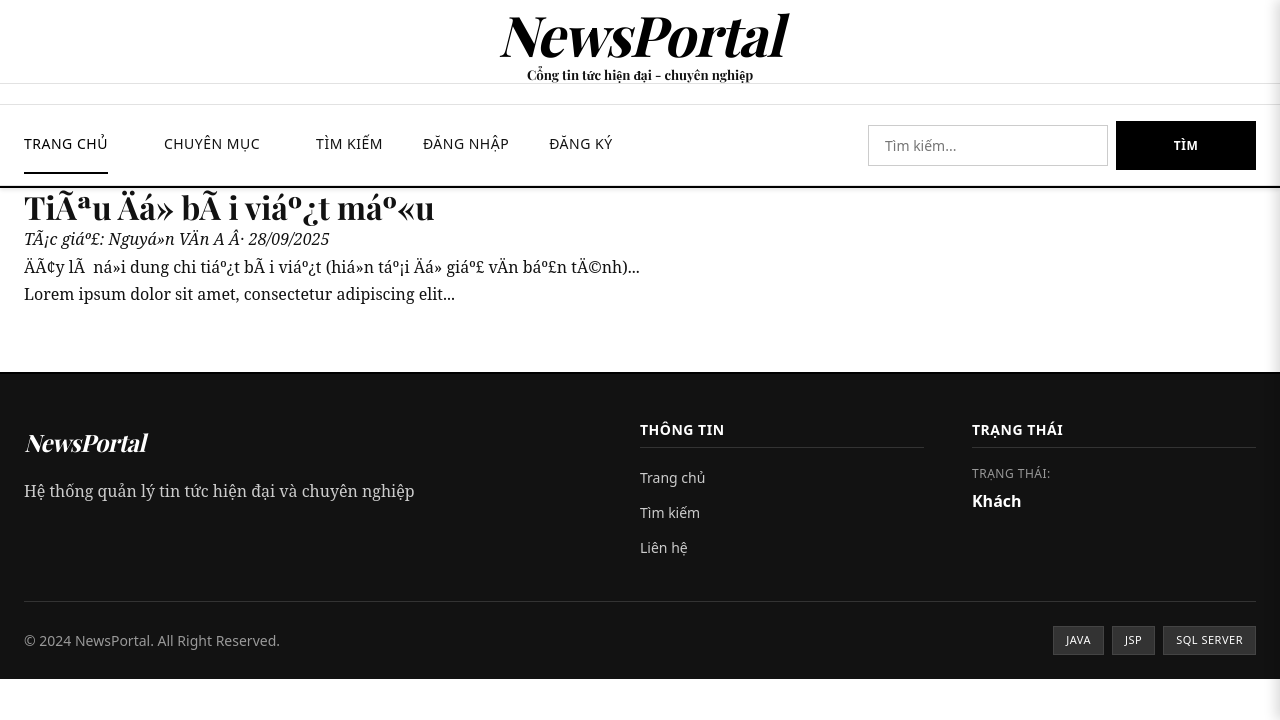
Repository: minhtvpy00202-git/Assignment_PY00202_MinhTV
Page: http://localhost/NewsPortal_PY00202/WEB-INF/views/news-detail.jsp
The author's editor kept a copy of each file at every save. The page is drawn from the files as they stood at one save, then again after the next save.
The browser window is 1280 px wide. The pictures show the whole page.
Some web fonts or font styles are not loaded; a fallback is used. The page is served by Tomcat 10. Nobody is signed in. Other server files are loaded and not shown. The template is opened directly, without the code that normally fills it, so the values that code supplies are empty.

Above is the page before, as saved 2025-09-28 00:40:22.

### Assignment_NewsPortal/NewsPortal_PY00202/src/main/webapp/WEB-INF/views/news-detail.jsp
<%@ include file="layout/header.jsp" %>
<main class="container">
  <h1>Tiêu đề bài viết mẫu</h1>
  <p><i>Tác giả: Nguyễn Văn A · 28/09/2025</i></p>
  <p>Đây là nội dung chi tiết bài viết (hiện tại để giả văn bản tĩnh)...</p>
  <p>Lorem ipsum dolor sit amet, consectetur adipiscing elit...</p>
</main>
<%@ include file="layout/footer.jsp" %>

### Assignment_NewsPortal/NewsPortal_PY00202/src/main/webapp/WEB-INF/views/layout/header.jsp
<%@ page contentType="text/html; charset=UTF-8" pageEncoding="UTF-8"%>
<%@ taglib prefix="c" uri="jakarta.tags.core"%>
<c:set var="ctx" value="${pageContext.request.contextPath}" />
<!DOCTYPE html>
<html lang="vi">
<head>
<link href="https://fonts.googleapis.com/css2?family=Playwrite+DE+Grund+Guides&display=swap" rel="stylesheet">
<link rel="preconnect" href="https://fonts.googleapis.com">
<link rel="preconnect" href="https://fonts.gstatic.com" crossorigin>
<link href="https://fonts.googleapis.com/css2?family=DM+Sans:ital,opsz,wght@0,9..40,100..1000;1,9..40,100..1000&display=swap" rel="stylesheet">
<meta charset="UTF-8">
<meta name="viewport" content="width=device-width, initial-scale=1.0">
<title><c:out value="${pageTitle != null ? pageTitle : 'NewsPortal'}" /></title>
<link rel="preconnect" href="https://fonts.googleapis.com">
<link rel="preconnect" href="https://fonts.gstatic.com" crossorigin>
<link href="https://fonts.googleapis.com/css2?family=Lora:ital,wght@0,400;0,500;0,600;0,700;1,400;1,500&display=swap" rel="stylesheet">
<link rel="stylesheet" href="${pageContext.request.contextPath}/assets/css/main.css">
</head>
<body>
	<!-- Header -->
	<header class="main-header">
		<!-- Logo Section (Desktop) -->
		<div class="logo-section">
			<div class="container">
				<h1 class="main-logo">
					<a href="${pageContext.request.contextPath}/home">NewsPortal</a>
					<h5>Cổng tin tức hiện đại - chuyên nghiệp</h5>
				</h1>
			</div>
		</div>

		<div class="container">
			<div class="header-content">
				<!-- Mobile Menu Button -->
				<button class="mobile-menu-btn" onclick="toggleMobileMenu()" aria-label="Menu">
					<span class="hamburger-line"></span>
					<span class="hamburger-line"></span>
					<span class="hamburger-line"></span>
				</button>

				<!-- Mobile Logo -->
				<div class="mobile-logo-section">
					<h1 class="mobile-logo">
						<a href="${pageContext.request.contextPath}/home">NewsPortal</a>
					</h1>
				</div>

				<!-- User Account Button (Mobile) -->
				<c:choose>
					<c:when test="${not empty sessionScope.user}">
						<c:choose>
							<c:when test="${sessionScope.user.role}">
								<a class="mobile-account-btn" href="${pageContext.request.contextPath}/admin/dashboard" aria-label="Admin Dashboard">
									<svg width="20" height="20" viewBox="0 0 24 24" fill="currentColor">
										<path d="M12 12c2.21 0 4-1.79 4-4s-1.79-4-4-4-4 1.79-4 4 1.79 4 4 4zm0 2c-2.67 0-8 1.34-8 4v2h16v-2c0-2.66-5.33-4-8-4z"/>
									</svg>
								</a>
							</c:when>
							<c:otherwise>
								<a class="mobile-account-btn" href="${pageContext.request.contextPath}/reporter/dashboard" aria-label="Reporter Dashboard">
									<svg width="20" height="20" viewBox="0 0 24 24" fill="currentColor">
										<path d="M12 12c2.21 0 4-1.79 4-4s-1.79-4-4-4-4 1.79-4 4 1.79 4 4 4zm0 2c-2.67 0-8 1.34-8 4v2h16v-2c0-2.66-5.33-4-8-4z"/>
									</svg>
								</a>
							</c:otherwise>
						</c:choose>
					</c:when>
					<c:when test="${not empty sessionScope.authUser}">
						<c:choose>
							<c:when test="${sessionScope.authUser.role}">
								<a class="mobile-account-btn" href="${pageContext.request.contextPath}/admin/dashboard" aria-label="Admin Dashboard">
									<svg width="20" height="20" viewBox="0 0 24 24" fill="currentColor">
										<path d="M12 12c2.21 0 4-1.79 4-4s-1.79-4-4-4-4 1.79-4 4 1.79 4 4 4zm0 2c-2.67 0-8 1.34-8 4v2h16v-2c0-2.66-5.33-4-8-4z"/>
									</svg>
								</a>
							</c:when>
							<c:otherwise>
								<a class="mobile-account-btn" href="${pageContext.request.contextPath}/reporter/dashboard" aria-label="Reporter Dashboard">
									<svg width="20" height="20" viewBox="0 0 24 24" fill="currentColor">
										<path d="M12 12c2.21 0 4-1.79 4-4s-1.79-4-4-4-4 1.79-4 4 1.79 4 4 4zm0 2c-2.67 0-8 1.34-8 4v2h16v-2c0-2.66-5.33-4-8-4z"/>
									</svg>
								</a>
							</c:otherwise>
						</c:choose>
					</c:when>
					<c:otherwise>
						<a class="mobile-account-btn" href="${pageContext.request.contextPath}/auth/login" aria-label="Login">
							<svg width="20" height="20" viewBox="0 0 24 24" fill="currentColor">
								<path d="M12 12c2.21 0 4-1.79 4-4s-1.79-4-4-4-4 1.79-4 4 1.79 4 4 4zm0 2c-2.67 0-8 1.34-8 4v2h16v-2c0-2.66-5.33-4-8-4z"/>
							</svg>
						</a>
					</c:otherwise>
				</c:choose>
			</div>
		</div>

		<!-- Desktop Navigation -->
		<nav class="desktop-nav">
			<div class="container">
				<div class="nav-links">
					<a class="nav-link" data-page="/home" href="${ctx}/home">Trang chủ</a>

					<div class="nav-item dropdown">
						<a class="nav-link" data-page="/category" href="#">Chuyên mục</a>
						<div class="dropdown-menu">
							<c:forEach var="cata" items="${categories}">
								<a class="dropdown-item" href="${ctx}/category?id=${cata.id}">${cata.name}</a>
							</c:forEach>
						</div>
					</div>

					<a class="nav-link" data-page="/search"   href="${ctx}/search">Tìm kiếm</a>

					<c:choose>
						<c:when test="${not empty sessionScope.user}">
							<c:choose>
								<c:when test="${sessionScope.user.role}">
									<a class="nav-link" href="${pageContext.request.contextPath}/admin/dashboard">Dashboard</a>
								</c:when>
								<c:otherwise>
									<a class="nav-link" href="${pageContext.request.contextPath}/reporter/dashboard">Dashboard</a>
								</c:otherwise>
							</c:choose>
							<a class="nav-link" href="${pageContext.request.contextPath}/auth/logout">Đăng xuất</a>
						</c:when>
						<c:when test="${not empty sessionScope.authUser}">
							<c:choose>
								<c:when test="${sessionScope.authUser.role}">
									<a class="nav-link" href="${pageContext.request.contextPath}/admin/dashboard">Dashboard</a>
								</c:when>
								<c:otherwise>
									<a class="nav-link" href="${pageContext.request.contextPath}/reporter/dashboard">Dashboard</a>
								</c:otherwise>
							</c:choose>
							<a class="nav-link" href="${pageContext.request.contextPath}/auth/logout">Đăng xuất</a>
						</c:when>
						<c:otherwise>
							<a class="nav-link" href="${pageContext.request.contextPath}/auth/login">Đăng nhập</a>
							<a class="nav-link" href="${pageContext.request.contextPath}/auth/register">Đăng ký</a>
						</c:otherwise>
					</c:choose>
				</div>

				<form class="search-form" action="${pageContext.request.contextPath}/search" method="get">
					<input class="form-control" name="q" type="search" value="<c:out value='${q}'/>" placeholder="Tìm kiếm...">
					<button class="btn btn-primary" type="submit">Tìm</button>
				</form>
			</div>
		</nav>
	</header>

	<!-- Mobile Menu Overlay -->
	<div class="mobile-menu-overlay" onclick="closeMobileMenu()"></div>

	<!-- Mobile Menu -->
	<nav class="mobile-menu">
		<div class="mobile-menu-header">
			<h2>Menu</h2>
			<button class="close-btn" onclick="closeMobileMenu()" aria-label="Close">×</button>
		</div>

		<div class="mobile-menu-content">
			<div class="mobile-nav-section">
				<a class="mobile-nav-link" href="${pageContext.request.contextPath}/home">Trang chủ</a>
				<a class="mobile-nav-link" href="${pageContext.request.contextPath}/search">Tìm kiếm</a>

				<div class="mobile-nav-group">
					<h3>Chuyên mục</h3>
					<c:forEach var="cata" items="${categories}">
						<a class="mobile-nav-sublink" href="${pageContext.request.contextPath}/category?id=${cata.id}">
							${cata.name}
						</a>
					</c:forEach>
				</div>
			</div>

			<div class="mobile-nav-section">
				<c:choose>
					<c:when test="${not empty sessionScope.user}">
						<c:choose>
							<c:when test="${sessionScope.user.role}">
								<a class="mobile-nav-link" href="${pageContext.request.contextPath}/admin/dashboard">Dashboard</a>
							</c:when>
							<c:otherwise>
								<a class="mobile-nav-link" href="${pageContext.request.contextPath}/reporter/dashboard">Dashboard</a>
							</c:otherwise>
						</c:choose>
						<a class="mobile-nav-link logout" href="${pageContext.request.contextPath}/auth/logout">Đăng xuất</a>
					</c:when>
					<c:when test="${not empty sessionScope.authUser}">
						<c:choose>
							<c:when test="${sessionScope.authUser.role}">
								<a class="mobile-nav-link" href="${pageContext.request.contextPath}/admin/dashboard">Dashboard</a>
							</c:when>
							<c:otherwise>
								<a class="mobile-nav-link" href="${pageContext.request.contextPath}/reporter/dashboard">Dashboard</a>
							</c:otherwise>
						</c:choose>
						<a class="mobile-nav-link logout" href="${pageContext.request.contextPath}/auth/logout">Đăng xuất</a>
					</c:when>
					<c:otherwise>
						<a class="mobile-nav-link" href="${pageContext.request.contextPath}/auth/login">Đăng nhập</a>
						<a class="mobile-nav-link" href="${pageContext.request.contextPath}/auth/register">Đăng ký</a>
					</c:otherwise>
				</c:choose>
			</div>

			<div class="mobile-search-section">
				<form action="${pageContext.request.contextPath}/search" method="get">
					<div class="mobile-search-group">
						<input class="mobile-search-input" name="q" type="search" value="<c:out value='${q}'/>" placeholder="Tìm kiếm bài viết...">
						<button class="mobile-search-btn" type="submit">Tìm</button>
					</div>
				</form>
			</div>
		</div>
	</nav>


<script>
// Mobile Menu Functions
function toggleMobileMenu() {
    const mobileMenu = document.querySelector('.mobile-menu');
    const overlay = document.querySelector('.mobile-menu-overlay');
    const body = document.body;
    const menuBtn = document.querySelector('.mobile-menu-btn');

    mobileMenu.classList.add('active');
    overlay.classList.add('active');
    body.classList.add('menu-open');
    menuBtn.classList.add('active');
}

function closeMobileMenu() {
    const mobileMenu = document.querySelector('.mobile-menu');
    const overlay = document.querySelector('.mobile-menu-overlay');
    const body = document.body;
    const menuBtn = document.querySelector('.mobile-menu-btn');

    mobileMenu.classList.remove('active');
    overlay.classList.remove('active');
    body.classList.remove('menu-open');
    menuBtn.classList.remove('active');
}

// Desktop Dropdown Functions
function toggleDropdown(event) {
    event.preventDefault();
    const dropdown = event.target.parentNode.querySelector('.dropdown-menu');
    const isVisible = dropdown.classList.contains('show');

    // Close all dropdowns
    document.querySelectorAll('.dropdown-menu').forEach(menu => {
        menu.classList.remove('show');
    });

    // Toggle current dropdown
    if (!isVisible) {
        dropdown.classList.add('show');
    }
}

// Close dropdown when clicking outside
document.addEventListener('click', function(event) {
    if (!event.target.closest('.dropdown')) {
        document.querySelectorAll('.dropdown-menu').forEach(menu => {
            menu.classList.remove('show');
        });
    }
});

// Close mobile menu when clicking nav links
document.querySelectorAll('.mobile-nav-link, .mobile-nav-sublink').forEach(link => {
    link.addEventListener('click', closeMobileMenu);
});

// Handle window resize
window.addEventListener('resize', function() {
    if (window.innerWidth > 768) {
        closeMobileMenu();
    }
});


</script>
<script>
document.addEventListener('DOMContentLoaded', function () {
  const ctx = '${ctx}';

  // Chuẩn hoá path: bỏ contextPath, bỏ query, bỏ dấu / cuối
  const normalize = p => {
    p = p.replace(ctx, '');
    if (!p) return '/home';
    if (p.length > 1 && p.endsWith('/')) p = p.slice(0, -1);
    return p;
  };

  const path = normalize(window.location.pathname);

  // Bỏ active cũ
  const items = Array.from(document.querySelectorAll('.desktop-nav .nav-link[data-page]'));
  items.forEach(a => a.classList.remove('active'));

  // Chọn item có data-page là prefix dài nhất của path
  let best = null;
  let bestLen = -1;
  items.forEach(a => {
    const dp = a.getAttribute('data-page');
    if (path === dp || path.startsWith(dp)) {
      if (dp.length > bestLen) {
        best = a;
        bestLen = dp.length;
      }
    }
  });

  // Fallback: vẫn không thấy thì gắn Trang chủ
  if (!best) {
    best = document.querySelector('.desktop-nav .nav-link[data-page="/home"]');
  }

  if (best) best.classList.add('active');
});
</script>

</body>

### Assignment_NewsPortal/NewsPortal_PY00202/src/main/webapp/WEB-INF/views/layout/footer.jsp
<%@ page contentType="text/html; charset=UTF-8" pageEncoding="UTF-8"%>
<%@ taglib prefix="c" uri="jakarta.tags.core" %>

<!-- Modern Footer -->
<footer class="modern-footer">
    <div class="footer-container">
        <div class="footer-content">
            <div class="footer-section">
                <div class="footer-brand">
                    <span class="footer-logo">📰</span>
                    <span class="footer-title">NewsPortal</span>
                </div>
                <p class="footer-description">
                    Hệ thống quản lý tin tức hiện đại và chuyên nghiệp
                </p>
            </div>

            <div class="footer-section">
                <h4 class="footer-heading">Thông tin</h4>
                <ul class="footer-links">
                    <li><a href="${pageContext.request.contextPath}/home">Trang chủ</a></li>
                    <li><a href="${pageContext.request.contextPath}/search">Tìm kiếm</a></li>
                    <li><a href="#" onclick="return false;">Liên hệ</a></li>
                </ul>
            </div>

            <div class="footer-section">
                <h4 class="footer-heading">Trạng thái</h4>
                <div class="footer-status">
                    <c:choose>
                        <c:when test="${not empty sessionScope.authUser}">
                            <div class="status-item">
                                <span class="status-label">Đăng nhập:</span>
                                <span class="status-value">
                                    <c:out value="${sessionScope.authUser.fullname != null ? sessionScope.authUser.fullname : sessionScope.authUser.username}"/>
                                </span>
                            </div>
                            <div class="status-item">
                                <span class="status-label">Vai trò:</span>
                                <span class="status-value ${sessionScope.authUser.role ? 'admin' : 'reporter'}">
                                    ${sessionScope.authUser.role ? 'Quản trị viên' : 'Phóng viên'}
                                </span>
                            </div>
                        </c:when>
                        <c:when test="${not empty sessionScope.user}">
                            <div class="status-item">
                                <span class="status-label">Đăng nhập:</span>
                                <span class="status-value">
                                    <c:out value="${sessionScope.user.fullname != null ? sessionScope.user.fullname : sessionScope.user.username}"/>
                                </span>
                            </div>
                        </c:when>
                        <c:otherwise>
                            <div class="status-item">
                                <span class="status-label">Trạng thái:</span>
                                <span class="status-value">Khách</span>
                            </div>
                        </c:otherwise>
                    </c:choose>
                </div>
            </div>
        </div>

        <div class="footer-bottom">
            <div class="footer-copyright">
                <p>&copy; 2024 NewsPortal. All Right Reserved.</p>
            </div>
            <div class="footer-tech">
                <span class="tech-badge">Java</span>
                <span class="tech-badge">JSP</span>
                <span class="tech-badge">SQL Server</span>
            </div>
        </div>
    </div>
</footer>



</body>
</html>

Loaded but not shown: Assignment_NewsPortal/NewsPortal_PY00202/src/main/webapp/assets/css/main.css (4201 lines, source omitted)

After the next save:
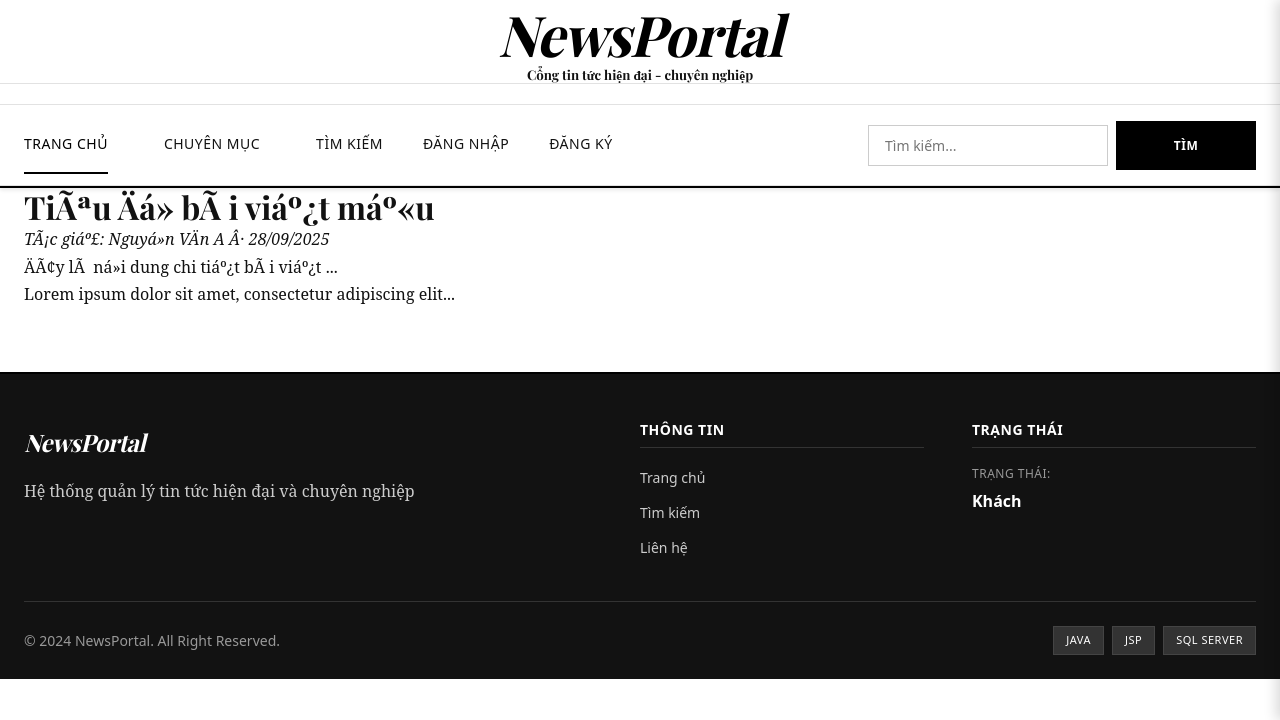
Saved 8 s later.
--- a/Assignment_NewsPortal/NewsPortal_PY00202/src/main/webapp/WEB-INF/views/news-detail.jsp
+++ b/Assignment_NewsPortal/NewsPortal_PY00202/src/main/webapp/WEB-INF/views/news-detail.jsp
@@ -2,7 +2,7 @@
 <main class="container">
   <h1>Tiêu đề bài viết mẫu</h1>
   <p><i>Tác giả: Nguyễn Văn A · 28/09/2025</i></p>
-  <p>Đây là nội dung chi tiết bài viết (hiện tại để giả văn bản tĩnh)...</p>
+  <p>Đây là nội dung chi tiết bài viết ...</p>
   <p>Lorem ipsum dolor sit amet, consectetur adipiscing elit...</p>
 </main>
 <%@ include file="layout/footer.jsp" %>
